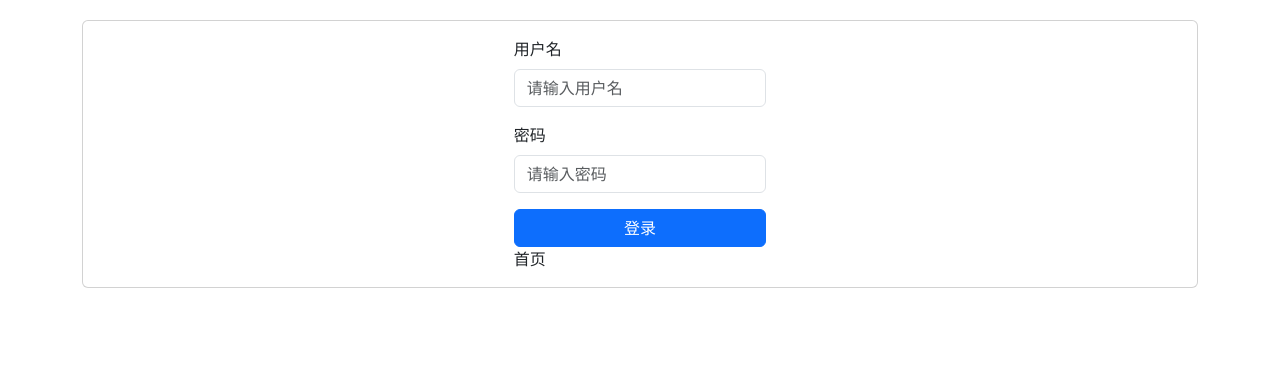
Repository: squawktop/CFS
Page: / (app in web/)
The author's editor kept a copy of each file at every save. The page is drawn from the files as they stood at one save, then again after the next save.
The browser window is 1280 px wide. The pictures show the whole page.
The project was rebuilt for these pictures with package versions that can differ from the ones it lists, and the page was loaded fresh each time. Also part of the build but not shown: web/vue.config.js, web/src/views/RegisterView.vue, web/src/components/NavBar.vue, web/src/views/HomeView.vue, web/src/views/UsersManageView.vue, web/src/views/PersonalCenterView.vue, web/src/views/GoodsManageView.vue, web/src/views/OrdersManageView.vue and 1 more.

Above is the page before, as saved 2024-03-23 15:59:03.

After the next save:
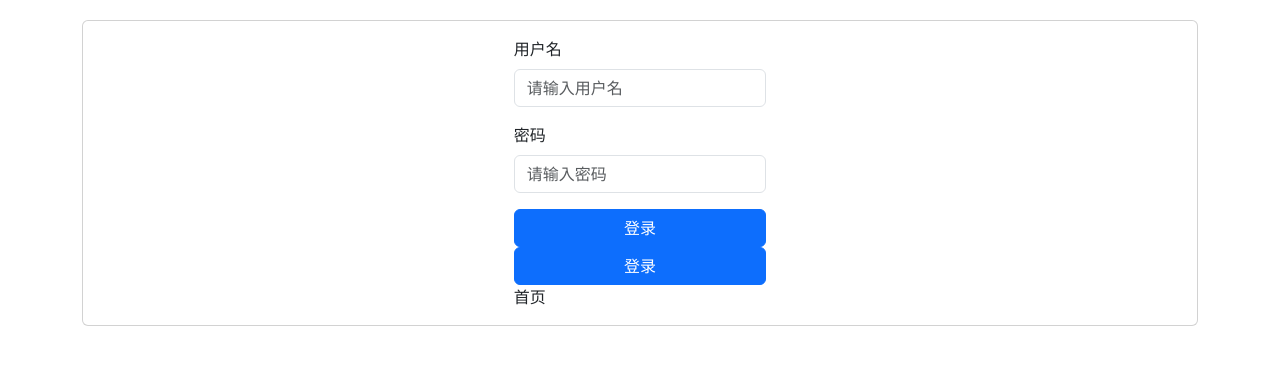
Saved 5 min 1 s later.
--- a/web/src/views/LoginView.vue
+++ b/web/src/views/LoginView.vue
@@ -13,6 +13,7 @@
                             placeholder="请输入密码" />
                     </div>
                     <div class="error-message">{{ error_message }} </div>
+                    <button type="submit" class="btn btn-primary">登录</button>
                     <button type="submit" class="btn btn-primary">登录</button>
                     <router-link :class="route_name == 'home' ? 'nav-link active' : 'nav-link'"
                             :to="{ name: 'home' }">首页</router-link>
